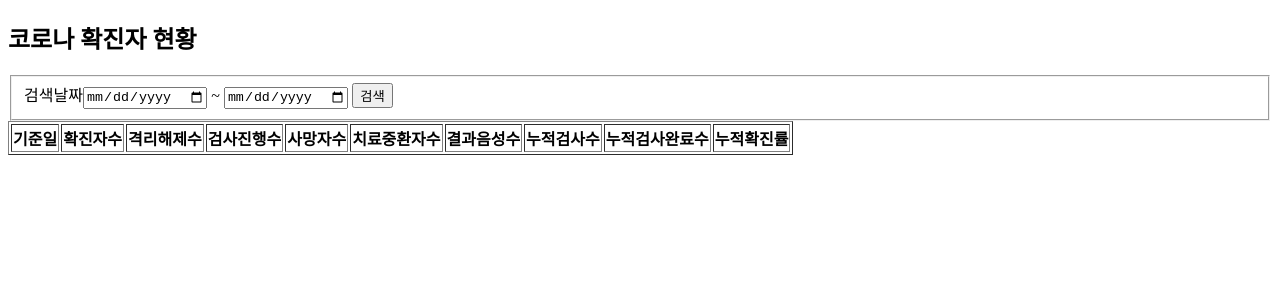
Repository: Sewoong-Lee/jsp
Page: http://localhost/jsp05_api/view/01_xml_covid.jsp
These files come from the project's save history. The page is drawn as it stood at one moment and after the next save; the edit follows.
The browser window is 1280 px wide. The pictures show the whole page.
The page is served by Tomcat 9.

Above is the page before, as saved 2021-06-24 05:45:18.

After the next save:
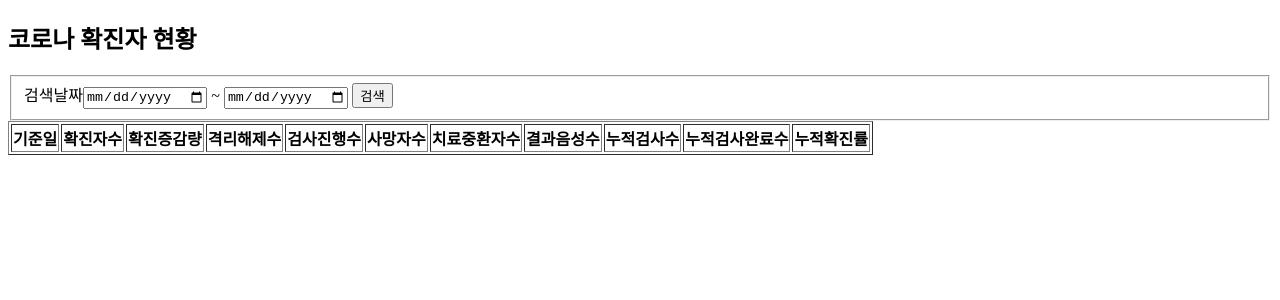
Saved 2 min 37 s later.
--- a/source/jsp05_api/WebContent/view/01_xml_covid.jsp
+++ b/source/jsp05_api/WebContent/view/01_xml_covid.jsp
@@ -21,6 +21,7 @@
 			<tr>
 				<th>기준일</th>
 				<th>확진자수</th>
+				<th>확진증감량</th>
 				<th>격리해제수</th>
 				<th>검사진행수</th>
 				<th>사망자수</th>
@@ -34,6 +35,7 @@
 			<tr>
 				<td>${covidlist.stateDt}</td>
 				<td>${covidlist.decideCnt}</td>
+				<td></td>
 				<td>${covidlist.clearCnt}</td>
 				<td>${covidlist.examCnt}</td>
 				<td>${covidlist.deathCnt}</td>
@@ -45,6 +47,6 @@
 			</tr>
 			</c:forEach>
 		</table>
-
+${covidlist[0]}
 </body>
 </html>
